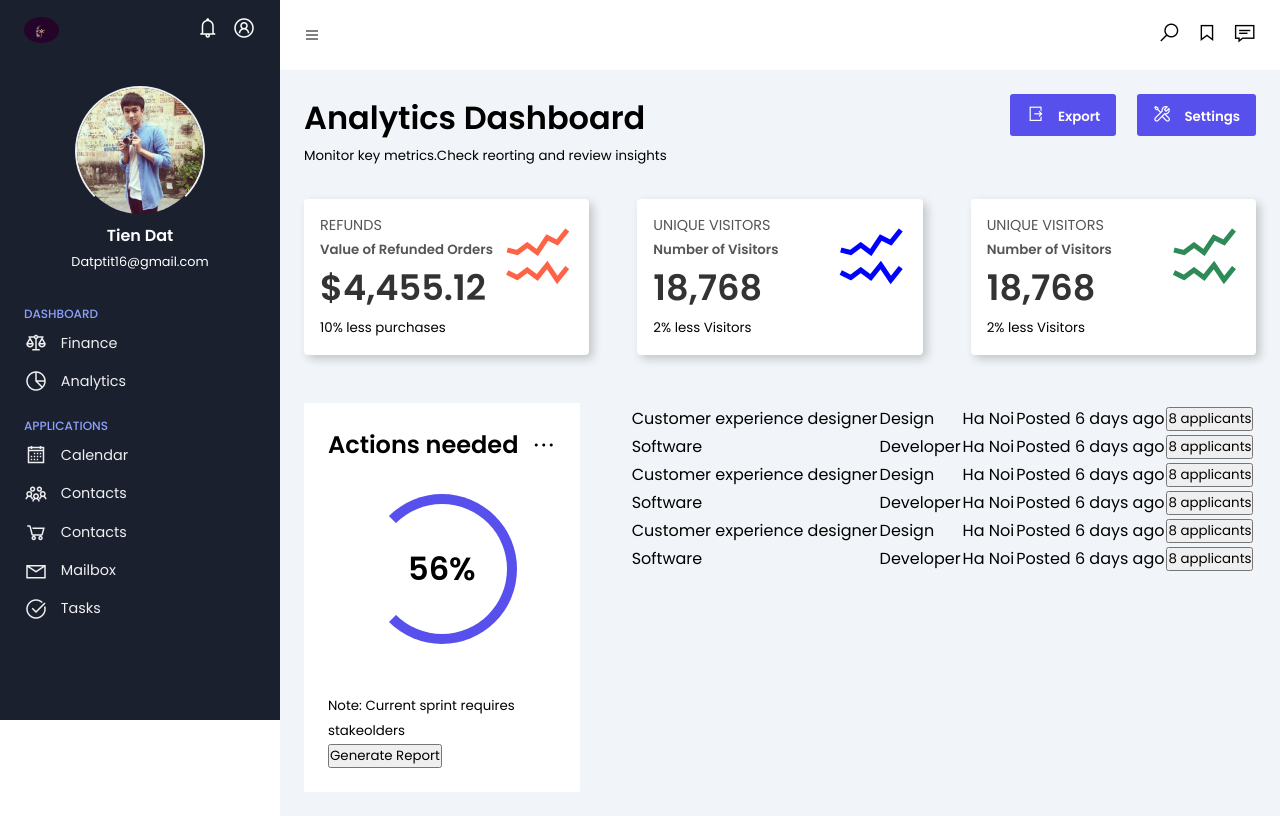
Repository: Datt21/dashboard-fe-project
Page: index.html
An editor plug-in stored every save of this project. The page is shown before and after the next save, followed by the edit.
The browser window is 1280 px wide. The pictures show the whole page.

Above is the page before, as saved 2021-06-08 19:37:27.

After the next save:
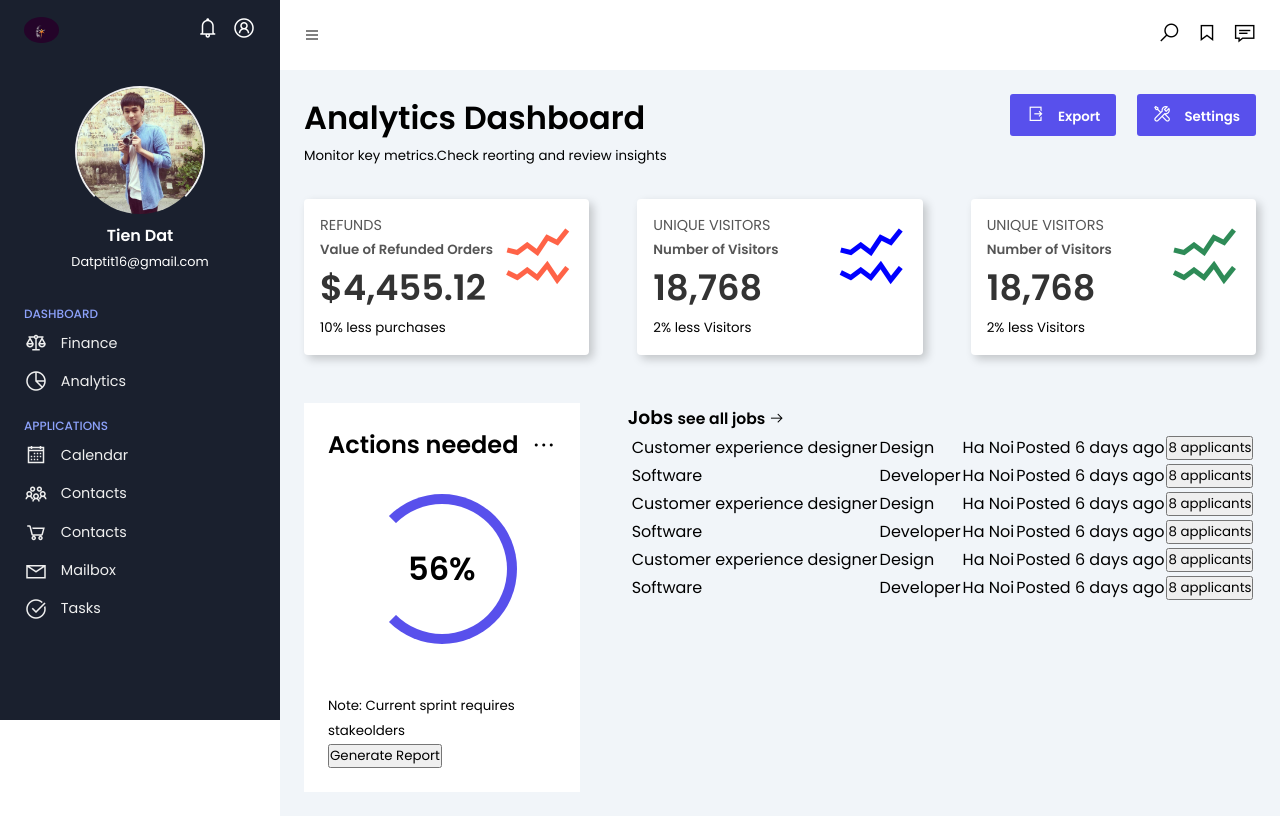
Saved 118 s later.
--- a/index.html
+++ b/index.html
@@ -205,6 +205,7 @@
                 </div>
 
                 <div class="jobs">
+                    <h3>Jobs <small>see all jobs <span class="las la-arrow-right"></span></small></h3>
                     <table>
                         <tbody>
                             <tr>
